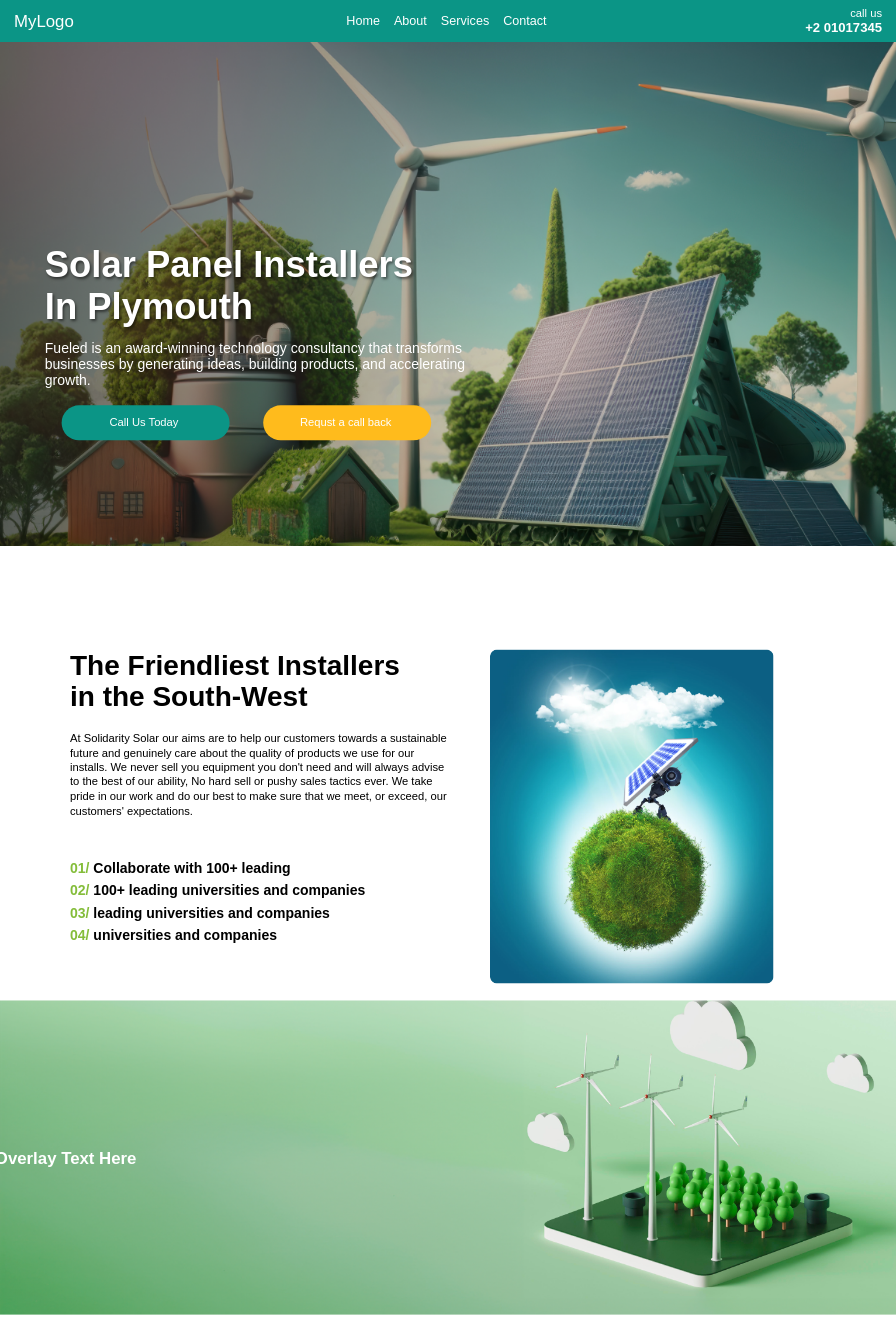
Repository: MaramNabil872/Landing-Page
Page: landingPage.html
These files come from the project's save history. The page is drawn as it stood at one moment and after a run of saves; the edit follows.
The browser window is 1280 px wide. The pictures show the whole page, at 70% of full size.

Above is the page before, as saved 2024-10-20 21:33:02.

After the next 2 saves:
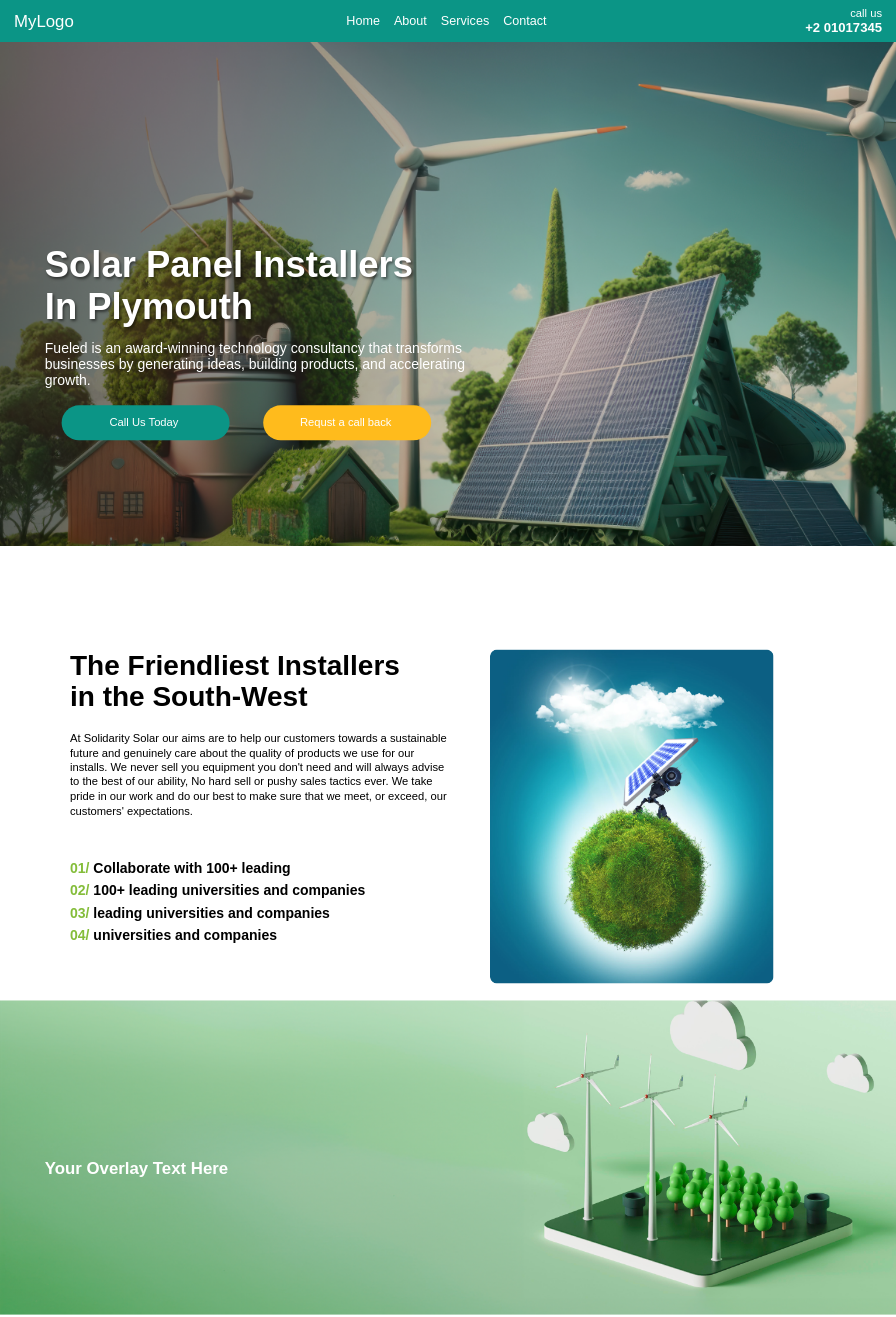
The 2 saves are shown as one change because they came seconds apart.
The last was saved 5 s later.
--- a/landingPage.css
+++ b/landingPage.css
@@ -172,7 +172,7 @@ padding-left: 5%;}
     position: absolute;
     top: 50%;
     left:5%;
-    transform: translate(-50%, -50%); /* Offset for centering */
+    /* transform: translate(-50%, -50%); Offset for centering */
     color: white; /* Text color */
     text-align: center; /* Center text alignment */
 
